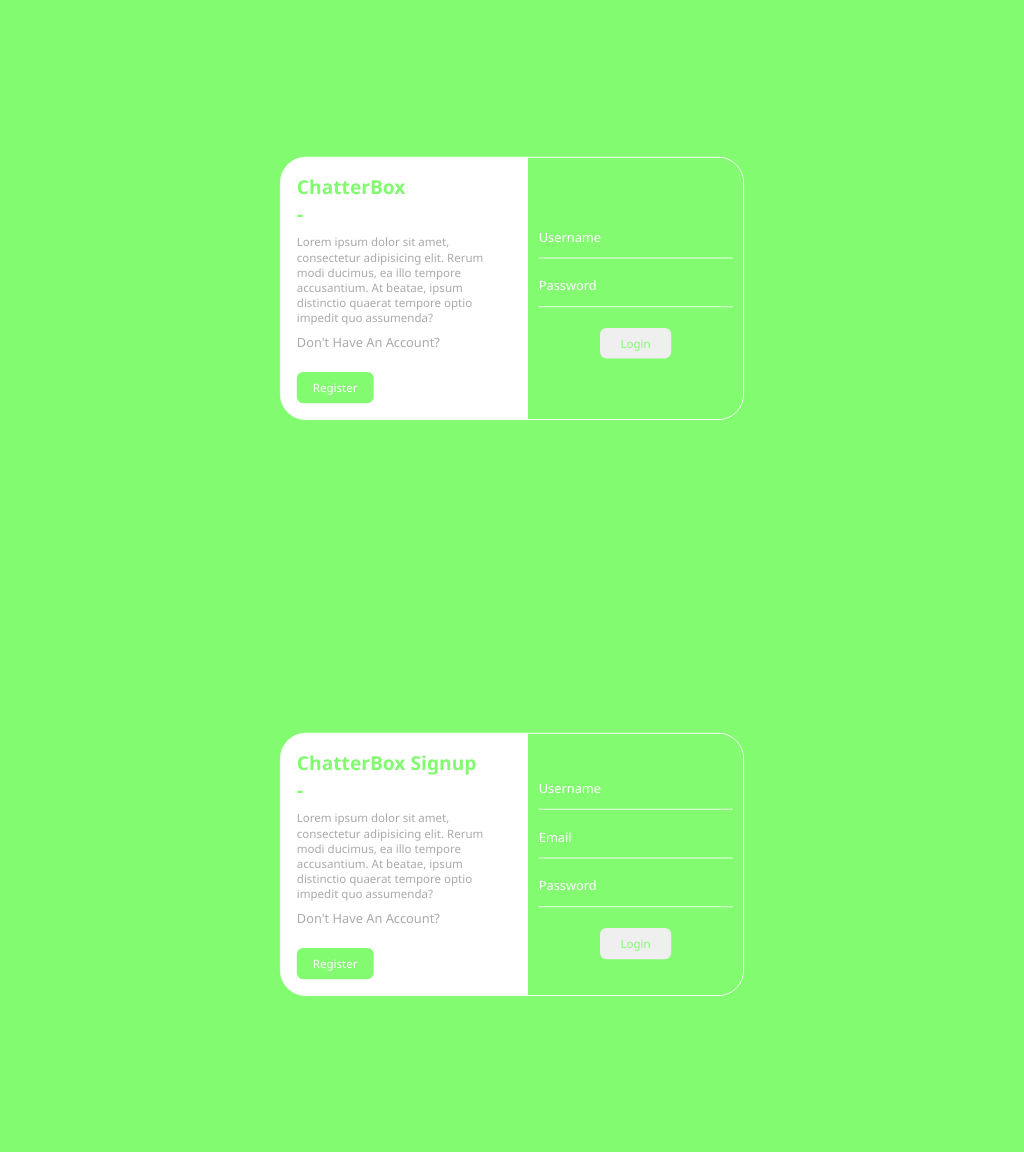
Repository: Habeebur1493/social-media-app
Page: /signup
The author's editor kept a copy of each file at every save. The page is drawn from the files as they stood at one save, then again after the next save.
The browser window is 1280 px wide. The pictures show the whole page, at 80% of full size.
The project was rebuilt for these pictures with package versions that can differ from the ones it lists, and the page was loaded fresh each time. Also part of the build but not shown: vite.config.js.

Above is the page before, as saved 2025-01-28 01:40:43.

### src/App.jsx
import './App.css'
import Layout from './Layout/layout'

function App() {

  return (
    <>
      <Layout />

    </>
  )
}

export default App

### src/App.css
*{
  margin: 0;
  padding: 0;
  box-sizing: border-box;
  text-align: none;
  list-style: none;
  font-family: 'Segoe UI', Tahoma, Geneva, Verdana, sans-serif;
}

:root{
  --color-primary:#83fb71;
  --text-color: black;
  --color-bg:rgb(236, 236, 236);
  --color-card: white;
  --color-soft:#aaaaaa;
  --color-border:lightgray;
  --color-red:red;
}

.container{
  max-width: 991px;
  width: 100%;
  margin: 0 auto;
}
h1,h2,h3,h4,h5{
  font-weight: 600;
  color: var(--text-color);
}
img{
  width: 100%;
  display: block;
  object-fit: cover;
}
.user{
  display: flex;
  align-items: center;
  gap: 10px;
}
.user img{
  width: 33px;
  aspect-ratio: 1/1;
  border-radius: 50%;
}
.user h4{
  color: var(--color-primary)
}
body{
  background: var(--color-bg);
  color: var(--color-soft);
}
small,p{
  color: var(--color-soft);
}
.btn{
  padding: .6rem 1.6rem;
  display: inline-block;
  width: fit-content;
  cursor: pointer;
  border-radius: .5rem;
  font-size: .9rem;
  font-weight: 500;
  transition: .3s ease;
  border: none;
}
.btn:hover{
  opacity: .7;
}
.btn-primary{
  background: var(--color-primary);
  color: white;
}

.btn-red{
  background: var(--color-red);
  color: white;
}

### src/Layout/layout.jsx
import React from 'react'

//Pages.....


import Login from '../pages/login/Login'
import Signup from '../pages/signup/Signup'

export default function layout() {
    return (
        <>
                <Login/>
                <Signup />
        </>
    )
}

### src/pages/login/Login.jsx
import React from 'react'

import './login.css'

export default function Login() {
  return (
    <div className="login">
        <div className='card'>
        <div className="left">
            <h2>ChatterBox <br /> -</h2>
            <p>Lorem ipsum dolor sit amet, consectetur adipisicing elit. Rerum modi ducimus, ea illo tempore accusantium. At beatae, ipsum distinctio quaerat tempore optio impedit quo assumenda?</p>
            <span>Don't Have An Account?</span>
            <button className='btn btn-primary'>Register</button>
        </div>
        <form className="right">
            <input type="text" required placeholder='username'/>
            <input type="password" required placeholder='password'/>
            <button type='submit' className='btn'>Login</button>
        </form>
    </div>
    </div>


  )
}

### src/pages/signup/Signup.jsx
import React from 'react'

import './signup.css'

export default function Signup(){

  return (
    <div className="signup">
        <div className='card'>
        <div className="left">
            <h2>ChatterBox Signup<br /> -</h2>
            <p>Lorem ipsum dolor sit amet, consectetur adipisicing elit. Rerum modi ducimus, ea illo tempore accusantium. At beatae, ipsum distinctio quaerat tempore optio impedit quo assumenda?</p>
            <span>Don't Have An Account?</span>
            <button className='btn btn-primary'>Register</button>
        </div>
        <form className="right">
            <input type="text" required placeholder='username'/>
            <input type="email" required placeholder='email' />
            <input type="password" required placeholder='password'/>
            <button type='submit' className='btn'>Login</button>
        </form>
    </div>
    </div>
  )
}

### src/pages/login/login.css
.login{
    background: var(--color-primary);
    height: 100vh;
    width: 100%;
    display: flex;
    align-items: center;
    justify-content: center;
}

.login .card{
    display: flex;
    width: 580px;
    background: white;
    border: 1px solid white;
    border-radius: 2rem;
    overflow: hidden;
}

.login .card .left{
    flex: 1;
    display: flex;
    flex-direction: column;
    gap: 10px;
    padding: 20px;
}

.login h2{
    color: var(--color-primary);
}

.login .card .left p{
    font-size: .9rem;
}
.login .card .left button{
    padding: 10px 20px;
    border: none;
    background: var(--color-primary);
    color: white;
    cursor: pointer;
}
.login .card span{
    color: var (--color-primary);
}

.login .card .right{
    flex: 1;
    background: var(--color-primary);
    display: flex;
    align-items: center;
    justify-content: center;
    flex-direction: column;
    gap: 10px;
}

.login form input{
    padding: 1rem 0;
    width: 90%;
    background: transparent;
    border: transparent;
    outline: none;
    border-bottom: 1px solid white ;
    margin: 0 auto;
    color: white;
}

.login form input::placeholder{
    color: white;
    font-size: 1rem;
    text-transform: capitalize;
}
.login .btn{
 color: var(--color-primary);
 margin-top: 1rem;
}

### src/pages/signup/signup.css
.signup{
    background: var(--color-primary);
    height: 100vh;
    width: 100%;
    display: flex;
    align-items: center;
    justify-content: center;
}

.signup .card{
    display: flex;

    width: 580px;
    background: white;
    border: 1px solid white;
    border-radius: 2rem;
    overflow: hidden;
}

.signup .card .left{
    flex: 1;
    display: flex;
    flex-direction: column;
    gap: 10px;
    padding: 20px;
}

.signup h2{
    color: var(--color-primary);
}

.signup .card .left p{
    font-size: .9rem;
}
.signup .card .left button{
    padding: 10px 20px;
    border: none;
    background: var(--color-primary);
    color: white;
    cursor: pointer;
}
.signup .card span{
    color: var (--color-primary);
}

.signup .card .right{
    flex: 1;
    background: var(--color-primary);
    display: flex;
    align-items: center;
    justify-content: center;
    flex-direction: column;
    gap: 10px;
}

.signup form input{
    padding: 1rem 0;
    width: 90%;
    background: transparent;
    border: transparent;
    outline: none;
    border-bottom: 1px solid white ;
    margin: 0 auto;
    color: white;
}

.signup form input::placeholder{
    color: white;
    font-size: 1rem;
    text-transform: capitalize;
}
.signup .btn{
 color: var(--color-primary);
 margin-top: 1rem;
}

Loaded but not shown: index.html (common file); src/main.jsx (common file)

After the next save:
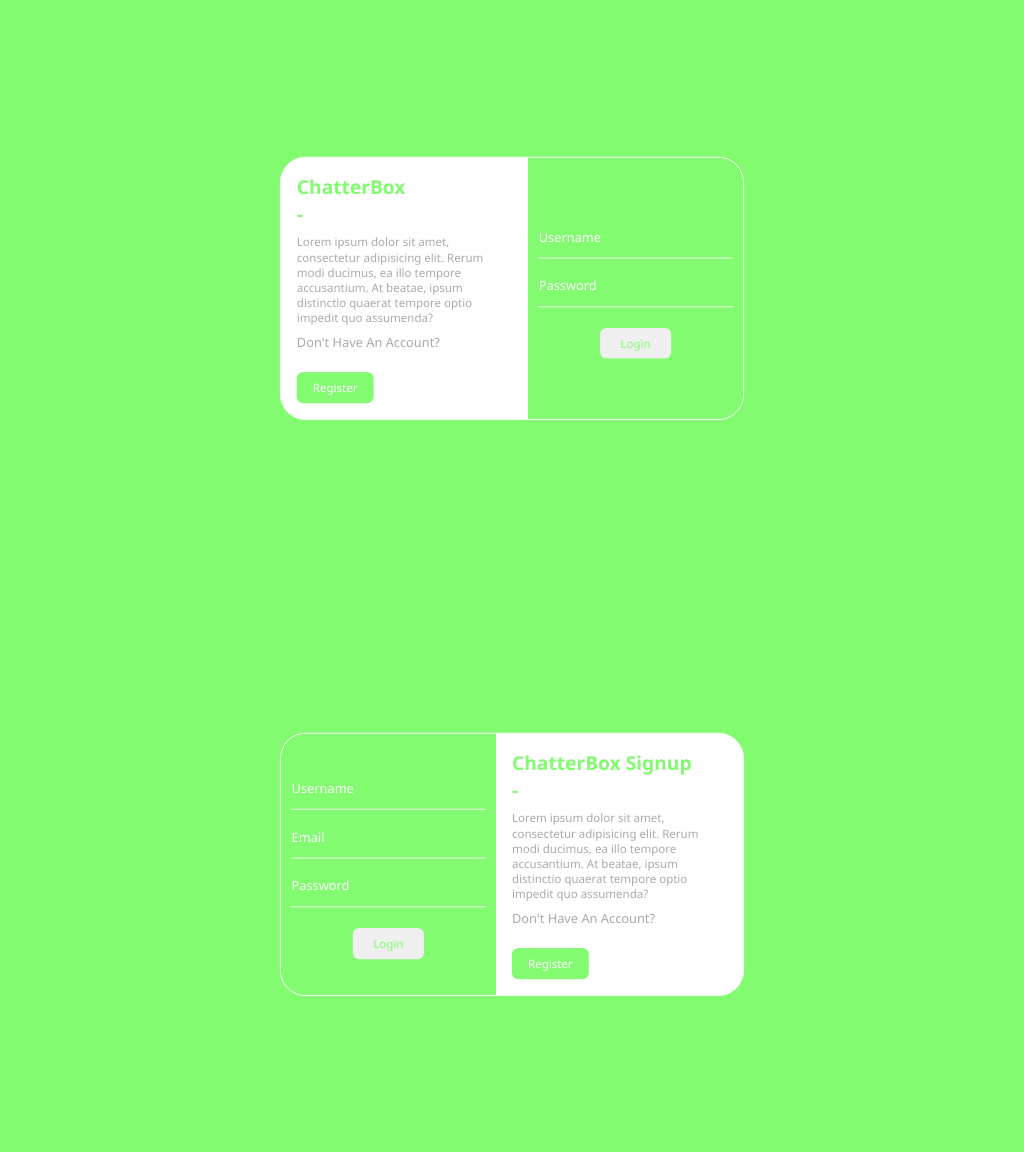
Saved 27 s later.
--- a/src/pages/signup/signup.css
+++ b/src/pages/signup/signup.css
@@ -9,7 +9,7 @@
 
 .signup .card{
     display: flex;
-
+    flex-direction: row-reverse;
     width: 580px;
     background: white;
     border: 1px solid white;
